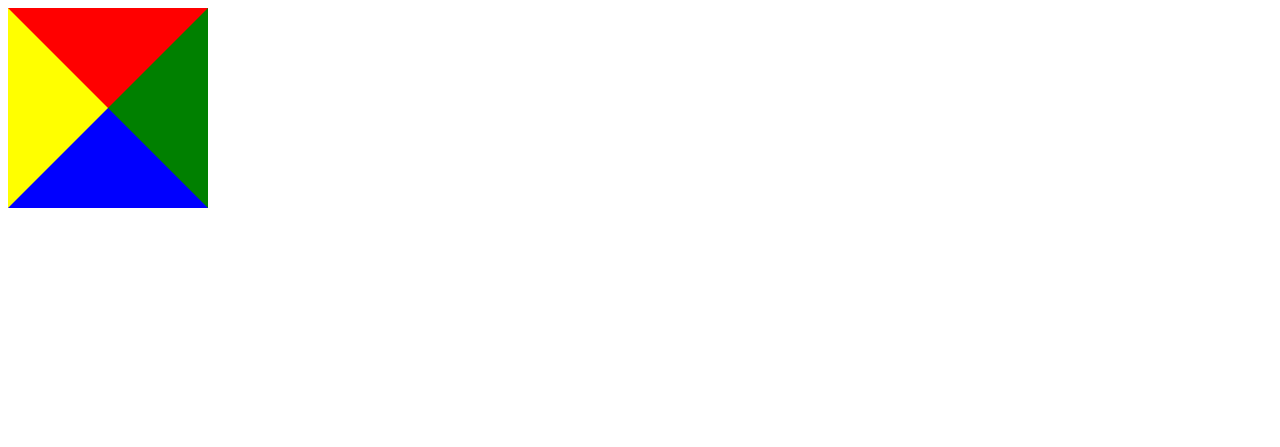
Repository: zh-webliker/achiveSomeFunction
Page: css/css画图.html
These files come from the project's save history. The page is drawn as it stood at one moment and after a run of saves; the edit follows.
The browser window is 1280 px wide. The pictures show the whole page.

Above is the page before, as saved 2021-07-13 16:08:52.

After the next 2 saves:
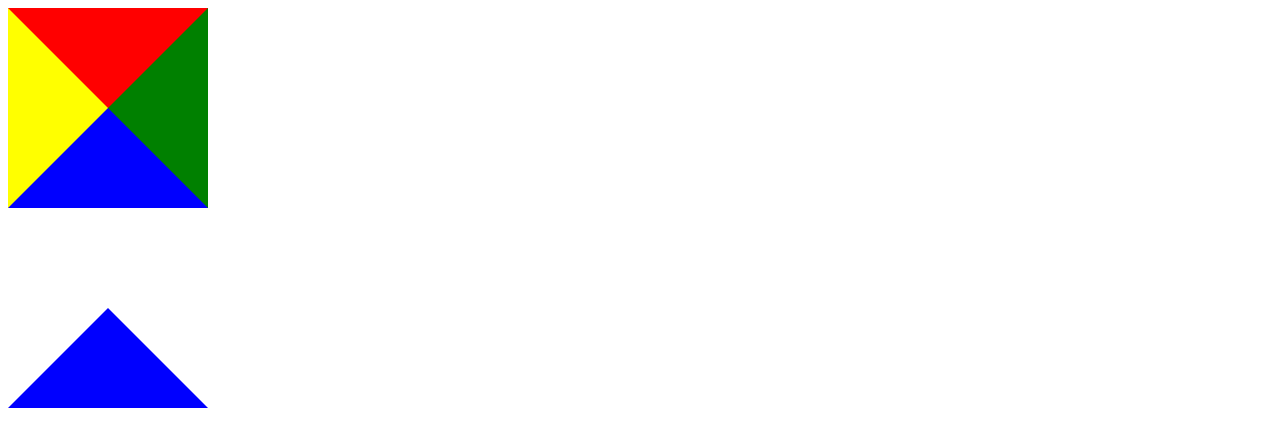
The 2 saves are shown as one change because they came seconds apart.
The last was saved 34 s later.
--- a/css/css画图.html
+++ b/css/css画图.html
@@ -18,6 +18,8 @@
   .triangleElse {
     width: 0;
     height: 0;
+    border: 100px solid transparent;
+    border-bottom: 100px solid blue;
   }
 </style>
 <body>
